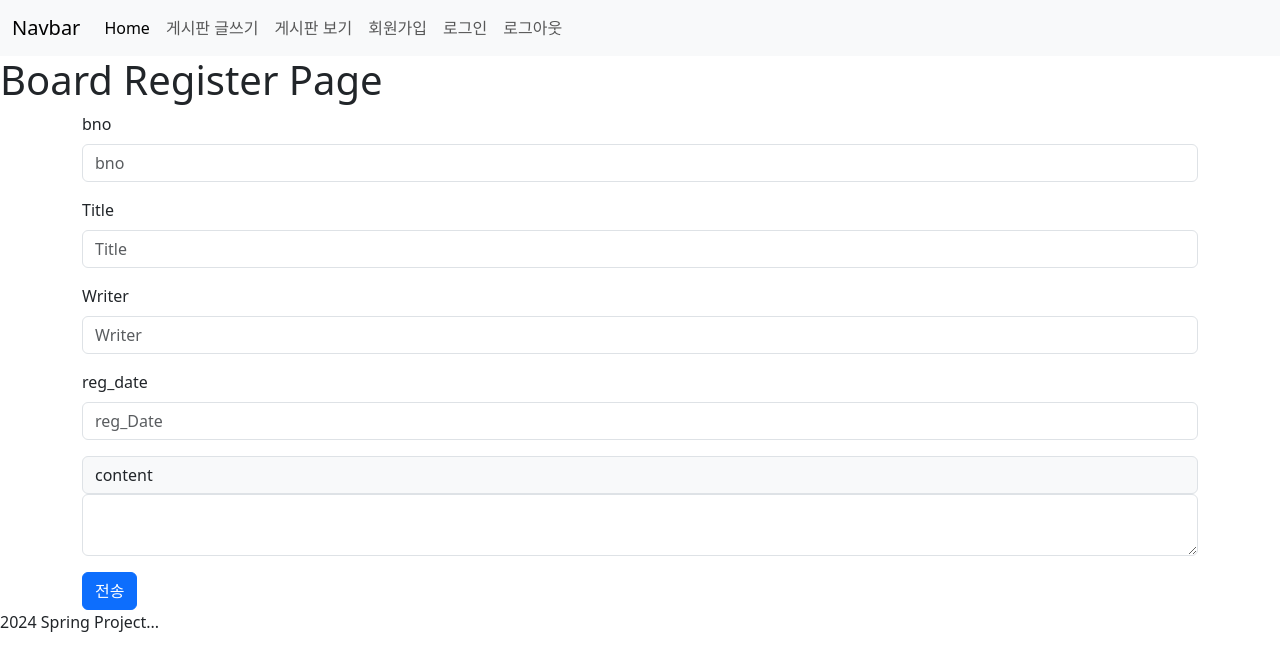
Repository: leegangjin/springTest240430
Page: http://localhost/spring_study/WEB-INF/views/board/detail.jsp
An editor plug-in stored every save of this project. The page is shown before and after the next save, followed by the edit.
The browser window is 1280 px wide. The pictures show the whole page.
The page is served by Tomcat 9. Nobody is signed in. The template is opened directly, without the code that normally fills it, so the values that code supplies are empty.

Above is the page before, as saved 2024-04-24 05:48:20.

After the next save:
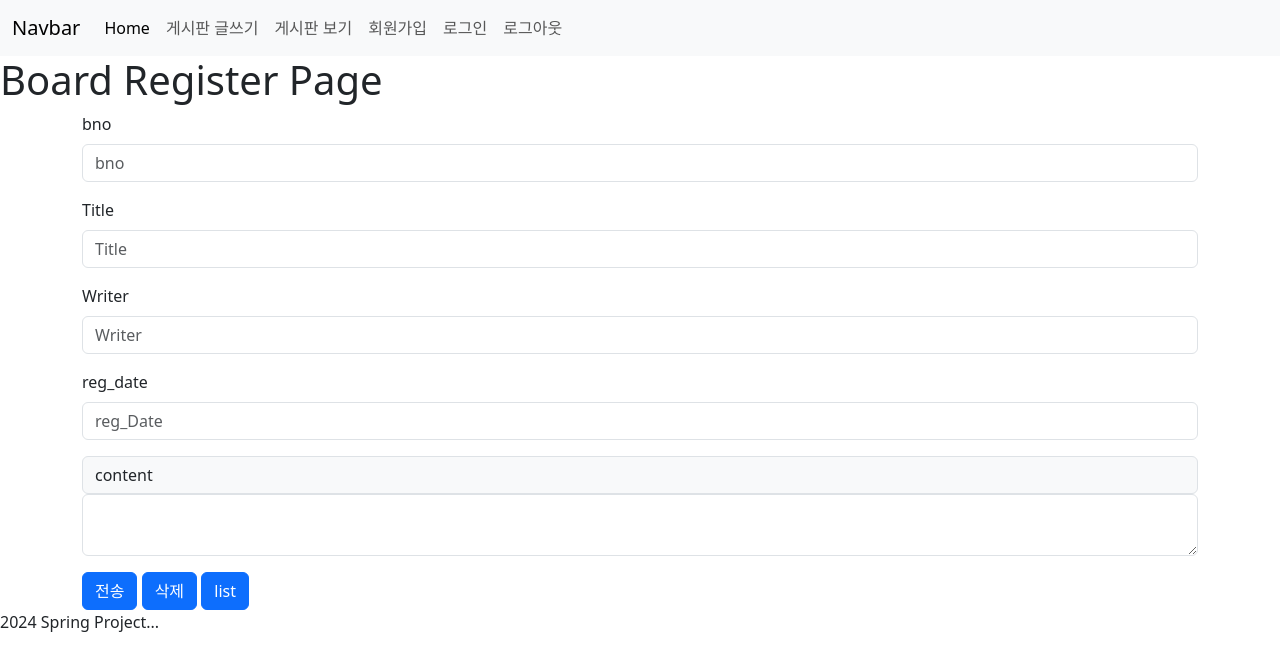
Saved 34 s later.
--- a/spring_study/src/main/webapp/WEB-INF/views/board/detail.jsp
+++ b/spring_study/src/main/webapp/WEB-INF/views/board/detail.jsp
@@ -33,7 +33,9 @@
 		<textarea class="form-control" name="content"
 			aria-label="With textarea"></textarea>
 	</div>
-	<button type="submit" class="btn btn-primary">전송</button>
+	<button type="button" class="btn btn-primary">전송</button>
+	<button type="button" class="btn btn-primary">삭제</button>
+	<button type="button" class="btn btn-primary">list</button>
 
 </div>
 
